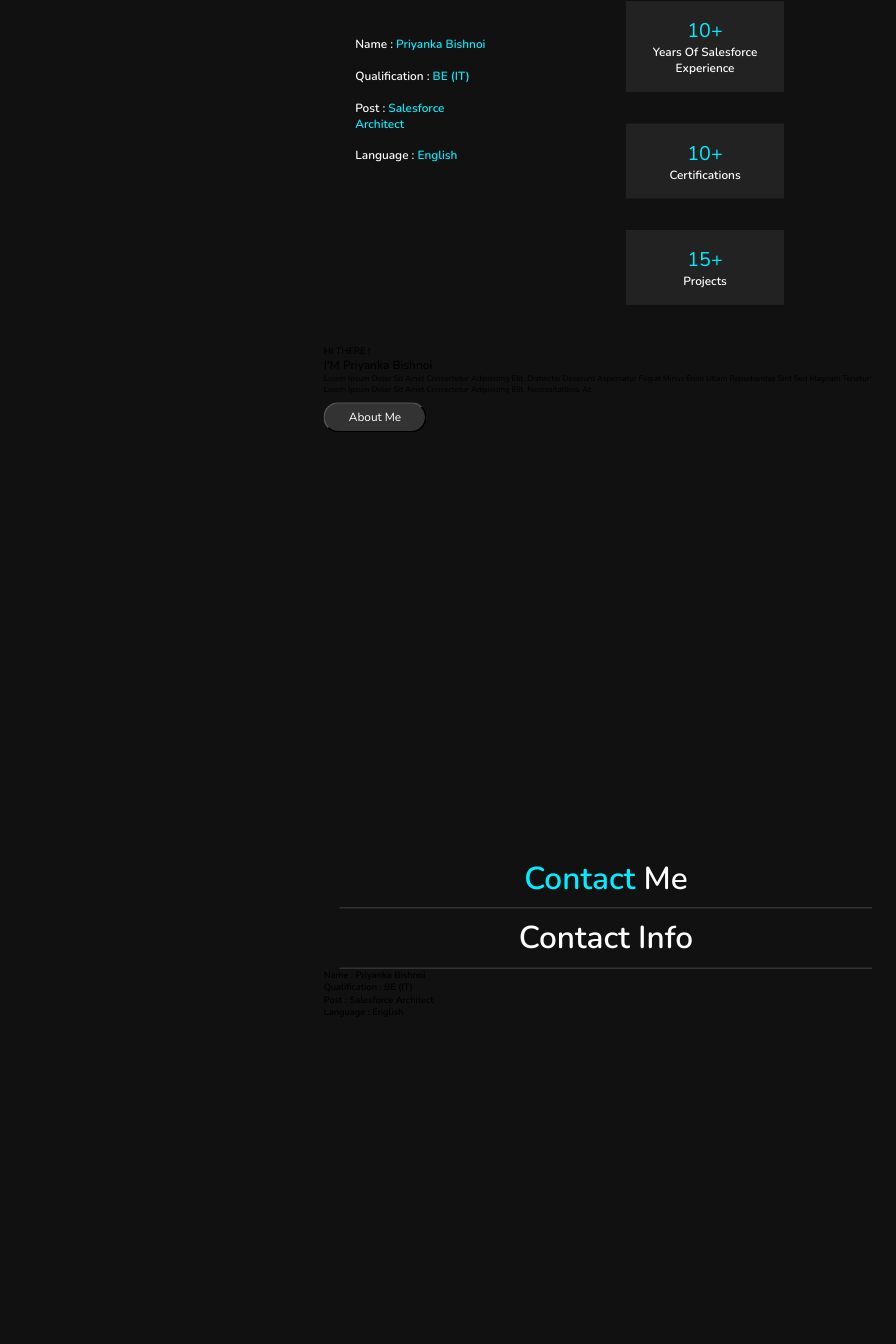
Repository: priyanka-bishnoi/PortfolioPage
Page: MyPage.html
An editor plug-in stored every save of this project. The page is shown before and after the next save, followed by the edit.
The browser window is 1280 px wide. The pictures show the part of the page from y = 1002 to 2922 px (the page is 2922 px tall), at 70% of full size.

Above is the page before, as saved 2022-10-08 23:26:23.

### MyPage.html
<!DOCTYPE html>
<html>
<head>
     <!-- font awesome cdn link  -->
     <link rel="stylesheet" href="https://cdnjs.cloudflare.com/ajax/libs/font-awesome/5.15.2/css/all.min.css">
    <link rel="stylesheet" href="css/style.css">

</head>
<body>
<header>
    <div class= "user">
        <img src="Background1.jpg"/>
        <h1 class="name" >Priyanka Bishnoi</h1>
        <p class="post" >Salesforce Consultant</p>
    </div>

    <nav class="navBar">
        <ul>
            <li> <a href="#home">Home</a></li>
            <li> <a href="#about">About</a></li>
            <li> <a href="#education">Education</a></li>
            <li> <a href="#portfolio">Portfolio</a></li>
            <li> <a href="#contact">Contact</a></li>

        </ul>


    </nav>


</header>

<!-- Home-->

<section class="home" id="home">

    <h3>HI THERE !</h3>
    <h1>I'M <span>Priyanka Bishnoi</span></h1>
    <p>Lorem ipsum dolor sit amet consectetur adipisicing elit. Distinctio deserunt aspernatur fugiat minus enim ullam repudiandae sint sed magnam tenetur! Lorem ipsum dolor sit amet consectetur adipisicing elit. Necessitatibus, at.
    </p>
    <a href="#about"><button class="btn">about me </button></a>


</section>

<section class="about" id="about">
<h1 class="heading"> <span>About </span>Me</h1>

<div class="row">
    <div class="info">
        <h3>  name : <span> priyanka bishnoi </span></h3>
        <h3> qualification :  <span> BE (IT) </span> </h3>
        <h3>  post : <span>Salesforce Architect </span>  </h3>
        <h3> language :<span> English  </span>  </h3>
    </div>

    <div class="counter">
        <div class="box">
            <span>13+</span>
            <h3>years of IT experience</h3>
        </div>

        <div class="box">
            <span>10+</span>
            <h3>years of Salesforce Experience</h3>
        </div>

        <div class="box">
            <span>10+</span>
            <h3>Certifications</h3>
        </div>

        <div class="box">
            <span>15+</span>
            <h3>Projects</h3>
        </div>
    </div>
</div>
</section>

<section class="education" id="education">

    <h3>HI THERE !</h3>
    <h1>I'M <span>Priyanka Bishnoi</span></h1>
    <p>Lorem ipsum dolor sit amet consectetur adipisicing elit. Distinctio deserunt aspernatur fugiat minus enim ullam repudiandae sint sed magnam tenetur! Lorem ipsum dolor sit amet consectetur adipisicing elit. Necessitatibus, at.
    </p>
    <a href="#about"><button class="btn">about me </button></a>


</section>


<section class="contact" id="contact">
    <h1 class="heading"> <span>Contact </span>Me</h1>

    <div class="row">
        <h1 class="heading"> Contact Info</h1>
        <div class="info">
            <h3>   name : <span> priyanka bishnoi </span></h3>
            <h3> qualification :  <span> BE (IT) </span> </h3>
            <h3>  post : <span>Salesforce Architect </span>  </h3>
            <h3> language :<span> English  </span>  </h3>
        </div>
    </div>
</section>


</body>
</html>

### css/style.css
@import url('https://fonts.googleapis.com/css2?family=Nunito:wght@200;300;400;600&display=swap');
:root{
    --orange:rgb(0, 238, 255);
}
*{
    font-family: 'Nunito', sans-serif;
    margin:0;
    padding:0;
    box-sizing:border-box;
    text-decoration:none;
    text-transform:capitalize;
    transition:all .2s linear;
}
html {
    font-size:70.5%;
    overflow-x:hidden;
}
body{
    background:#111;
    overflow-x: hidden;
    padding-left: 40rem;
}

section{
    min-height: 100vh;
    padding:1rem;
}

.btn{
    padding:.7rem 3rem;
    background:#333;
    color:#fff;
    cursor: pointer;
    margin-top: 1rem;
    font-size: 1.5rem;
    border-radius: 5rem;
}

.btn:hover{
    background:var(--orange);
}

.heading{
    text-align: center;
    margin:0 2rem;
    font-size: 4rem;
    padding:1rem;
    border-bottom: .1rem solid #fff4;
    color:#fff;
}

.heading span{
    color:var(--orange);
}

header {
    position:fixed;
    top:0; left:0;
    z-index:1000;
    height:100%;
    width:35rem;
    background:black;
    display:flex;
    align-items: center;
    justify-content: center;
    flex-flow: column;
    text-align: center;
}

header .user img {
    height: 17rem;
    width: 17rem;
    border-radius: 50%;
    object-fit: cover;
    margin-bottom: 1rem;
    border: 0.7rem solid var(--orange);
}
header .user .name {
    font-size: 2.5rem;
    color: antiquewhite;
}
header .user .post{
    font-size: 2rem;
    color: antiquewhite;
}

header .navBar {
    font-size : 2rem;
}
header .navBar ul{
    list-style: none;
    padding:1rem 2rem;
}
header .navBar ul li a{
    display: block;
    padding:1rem;
    margin:1.5rem 0;
    background:#333;
    color:#fff;
    font-size: 1.5rem;
    border-radius: 5rem;
}

header .navBar ul li a:hover{
    background:rgb(0, 238, 255);
}


.home{
    display: flex;
    justify-content: center;
    flex-flow: column;
    padding:0 15rem;
}

.home h3{
    font-size: 2rem;
    color:#fff;
}

.home h1{
    font-size:2rem;
    color:#fff;
}

.home h1 span{
    color:var(--orange);
}

.home p{
    font-size:1.8rem;
    color:#eee;
    padding: 1rem 0;
}

.about {
 color:white;
}
.about .row {
    display: flex;
    justify-content: flex-start;
    flex-wrap: nowrap;
    padding: 1rem 0;
    flex-direction: row;
    align-content: space-around;
    align-items: center;
}
.about .row .info {

    display: block;
    justify-content: center;
    padding-left: 1rem;
    padding-top: 0rem;
    padding-right: 1rem;
    margin: 0 1rem;
    font-size: 1.5rem;

}
.about h3 span{
    color:var(--orange);
}
.about .row .info h3 {

    display: block;
    justify-content: center;
    padding: 1rem;
    margin: 0 1rem;
    font-size: 1.5rem;

}

.about .row .counter{
    flex:1 1 48rem;
    display: flex;
    justify-content: center;
    flex-wrap: wrap;
}

.about .row .counter .box{
    width:20rem;
    background:#222;
    text-align: center;
    padding: 2rem;
    margin:2rem;
}

.about .row .counter .box span{
    font-size: 2.5rem;
    color:var(--orange);
}

.about .row .counter .box h3{
    font-size: 1.5rem;
    color:#fff;
}

After the next save:
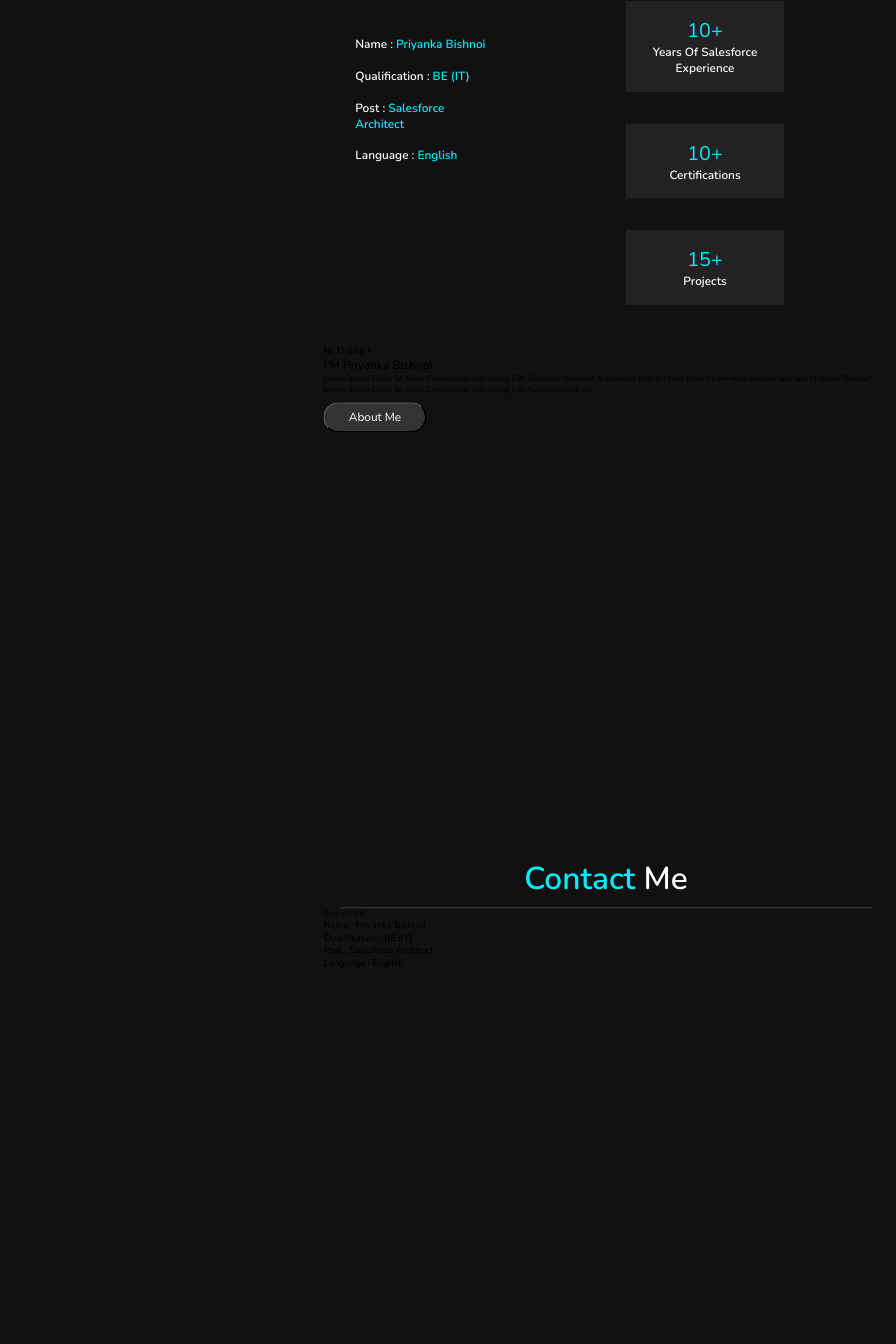
Saved 34 s later.
--- a/MyPage.html
+++ b/MyPage.html
@@ -94,7 +94,7 @@
     <h1 class="heading"> <span>Contact </span>Me</h1>
 
     <div class="row">
-        <h1 class="heading"> Contact Info</h1>
+       <div>Contact Info</div>
         <div class="info">
             <h3>   name : <span> priyanka bishnoi </span></h3>
             <h3> qualification :  <span> BE (IT) </span> </h3>
